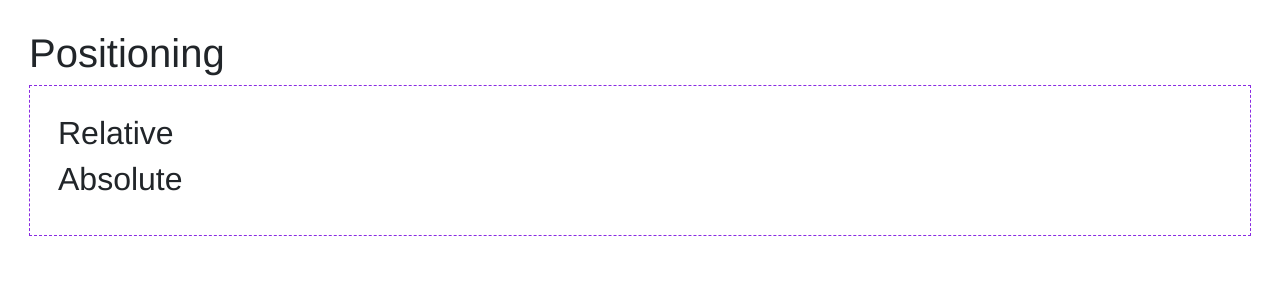
Repository: alboss/bit-175
Page: docs/positioning.html
The author's editor kept a copy of each file at every save. The page is drawn from the files as they stood at one save, then again after the next save.
The browser window is 1280 px wide. The pictures show the whole page.

Above is the page before, as saved 2023-04-24 11:36:16.

After the next save:
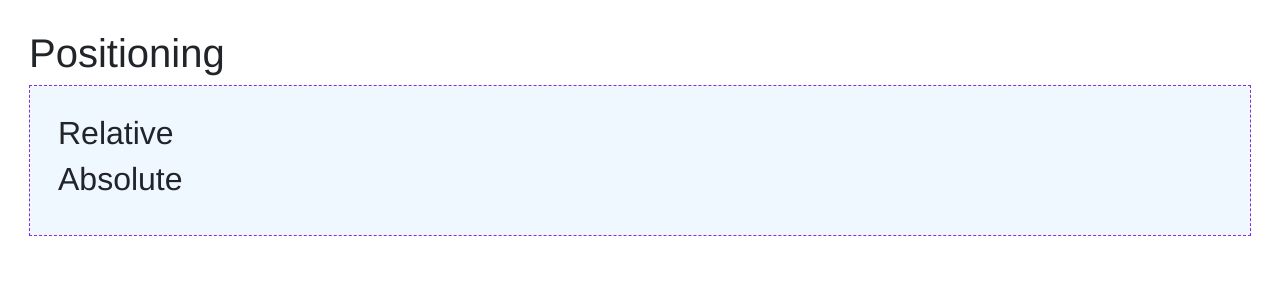
Saved 6 s later.
--- a/docs/positioning.html
+++ b/docs/positioning.html
@@ -28,7 +28,7 @@
       main {
         padding: 2em;
         border: 1px dashed blueviolet;
-        background-color:;
+        background-color:aliceblue;
       }
     </style>
   </head>
